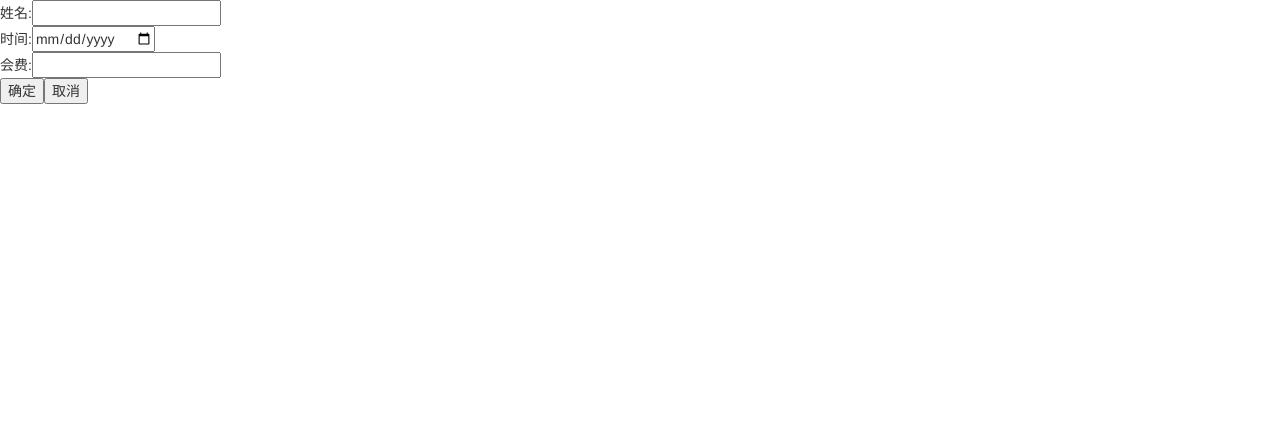
Repository: HelloChuang/HelloChuang-EclipseWorkSpace
Page: http://localhost/RetestServlet2/user_update.jsp
These files come from the project's save history. The page is drawn as it stood at one moment and after the next save; the edit follows.
The browser window is 1280 px wide. The pictures show the whole page.
The page is served by Tomcat 9. Other server files are loaded and not shown.

Above is the page before, as saved 2018-10-31 06:59:00.

### EclipseWorkSpace/RetestServlet2/WebContent/user_update.jsp

<%@ page language="java" contentType="text/html; charset=UTF-8"
    pageEncoding="UTF-8"%>
<!DOCTYPE>
<html>
<head>
<meta http-equiv="Content-Type" content="text/html; charset=UTF-8">
<link rel="stylesheet" type="text/css" href="${pageContext.request.contextPath}/css/bootstrap.min.css">
<script type="text/javascript"  href="${pageContext.request.contextPath}/js/jquery-1.9.1.js"></script>
<script type="text/javascript"  href="${pageContext.request.contextPath}/js/bootstrap.min.js"></script>
<title>更新信息</title>
</head>
<body>
<form action="UpdateUserAction">
	<input type="hidden" name="uuid" value="${user.uid}"/>
	姓名:<input type="text" value="${user.uname}"name="uuname" required="required" /><br/>
	时间:<input type="date" value="${user.udate}"name="uudate" required="required" /><br/>
	会费:<input type="number" value="${user.umoney}"name="uumoney" required="required" /><br/>
	<button type="submit">确定</button><button type="reset">取消</button>
</form>
</body>
</html>

Loaded but not shown: EclipseWorkSpace/RetestServlet2/WebContent/css/bootstrap.min.css (library)

After the next save:
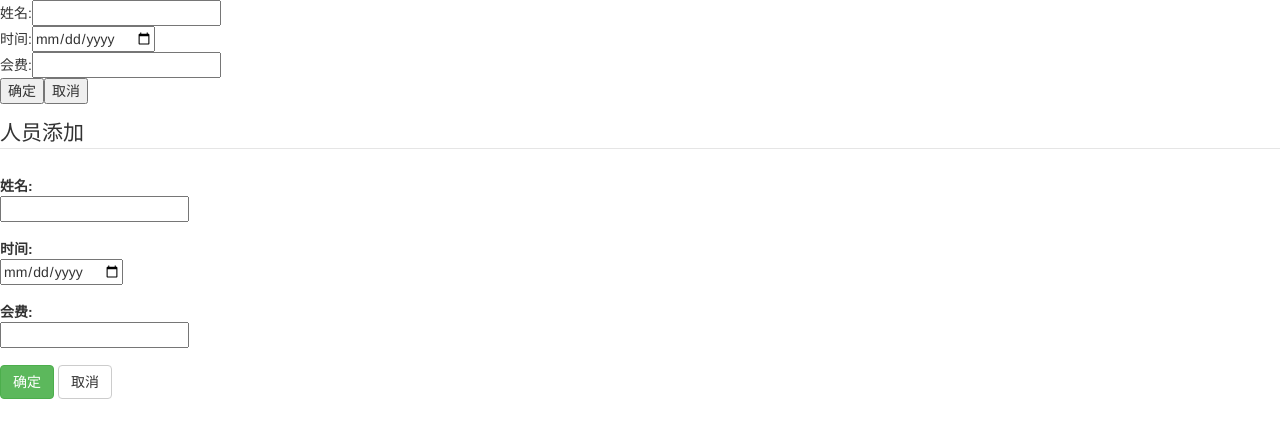
Saved 10 min 53 s later.
--- a/EclipseWorkSpace/RetestServlet2/WebContent/user_update.jsp
+++ b/EclipseWorkSpace/RetestServlet2/WebContent/user_update.jsp
@@ -18,5 +18,53 @@
 	会费:<input type="number" value="${user.umoney}"name="uumoney" required="required" /><br/>
 	<button type="submit">确定</button><button type="reset">取消</button>
 </form>
+
+
+ <form class="form-horizontal">
+    <fieldset>
+      <div id="legend" class="">
+        <legend class="">人员添加</legend>
+      </div>
+    <div class="control-group">
+
+          <!-- Text input-->
+          <label class="control-label" for="input01">姓名:</label>
+          <div class="controls">
+            <input type="text" value="${user.uname}"name="uuname" required="required"  class="input-xlarge">
+            <p class="help-block"></p>
+          </div>
+        </div><div class="control-group">
+
+          <!-- Text input-->
+          <label class="control-label" for="input01">时间:</label>
+          <div class="controls">
+            <input type="date"  type="date" value="${user.udate}"name="uudate" required="required"  class="input-xlarge">
+            <p class="help-block"></p>
+          </div>
+        </div><div class="control-group">
+
+          <!-- Text input-->
+          <label class="control-label" for="input01">会费:</label>
+          <div class="controls">
+            <input type="text" type="number" value="${user.umoney}"name="uumoney" required="required" class="input-xlarge">
+            <p class="help-block"></p>
+          </div>
+        </div>
+
+    <div class="control-group">
+          <label class="control-label"></label>
+
+          <!-- Button -->
+          <div class="controls">
+            <button class="btn btn-success">确定</button>
+             <button class="btn btn-default">取消</button>
+          </div>
+        </div>
+
+
+
+    </fieldset>
+  </form>
+
 </body>
 </html>
